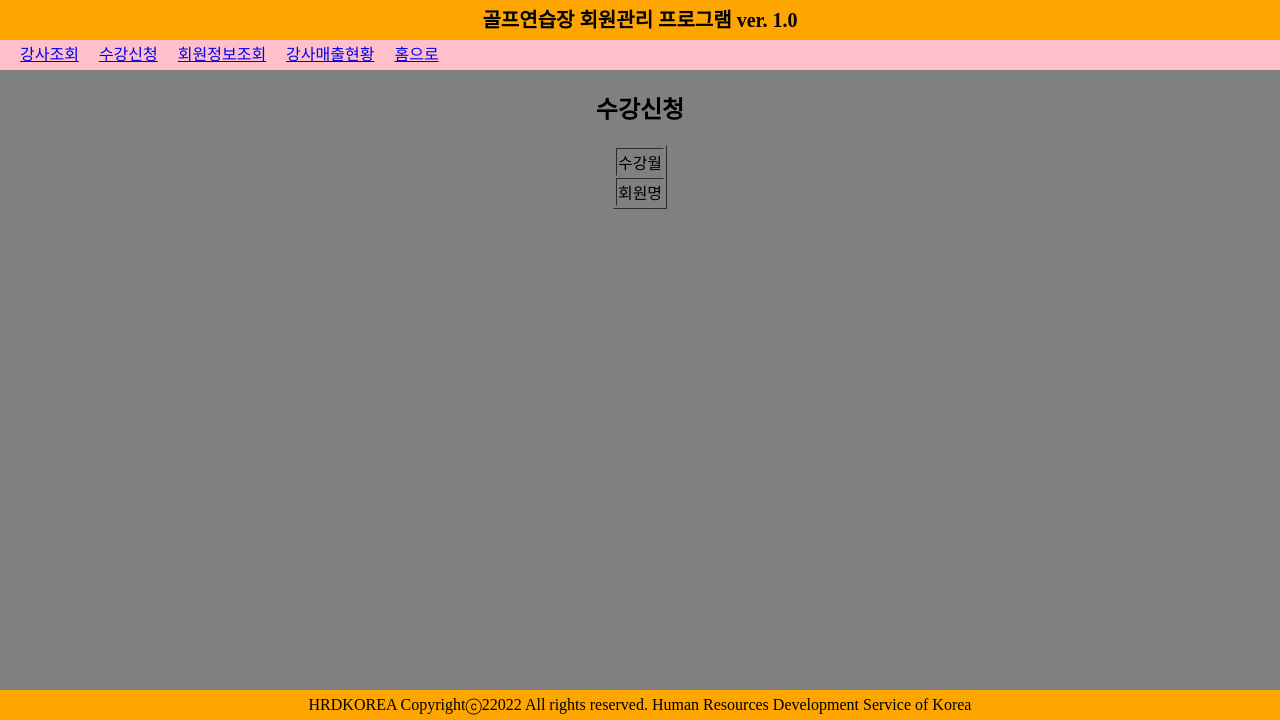
Repository: leesuyeon116/HRD_3
Page: http://localhost/HRD_0505/insert.jsp
These files come from the project's save history. The page is drawn as it stood at one moment and after the next save; the edit follows.
The browser window is 1280 px wide. The pictures show the whole page.
The page is served by Tomcat 9.

Above is the page before, as saved 2024-05-05 09:18:40.

After the next save:
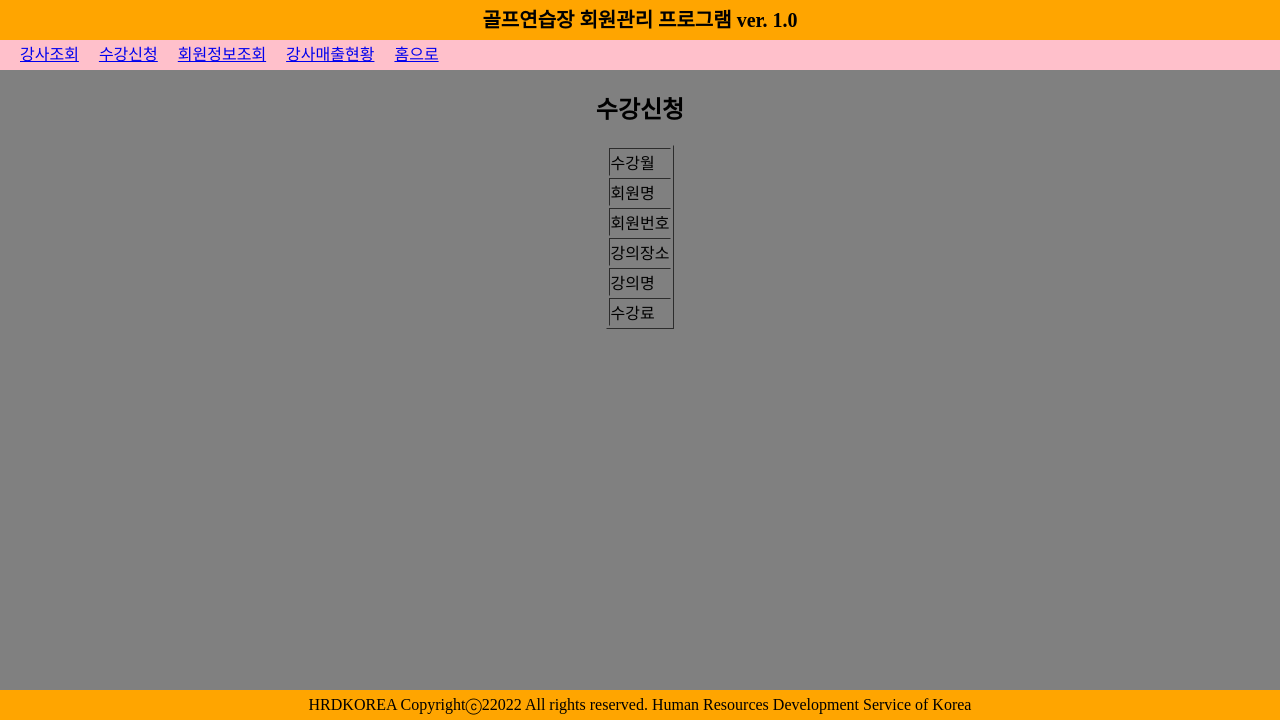
Saved 32 s later.
--- a/workspace/HRD_0505/src/main/webapp/insert.jsp
+++ b/workspace/HRD_0505/src/main/webapp/insert.jsp
@@ -18,6 +18,18 @@
 			<tr>
 				<td>회원명</td>
 			</tr>
+			<tr>
+				<td>회원번호</td>
+			</tr>
+			<tr>
+				<td>강의장소</td>
+			</tr>
+			<tr>
+				<td>강의명</td>
+			</tr>
+			<tr>
+				<td>수강료</td>
+			</tr>
 		</table>
 	</form>
 
